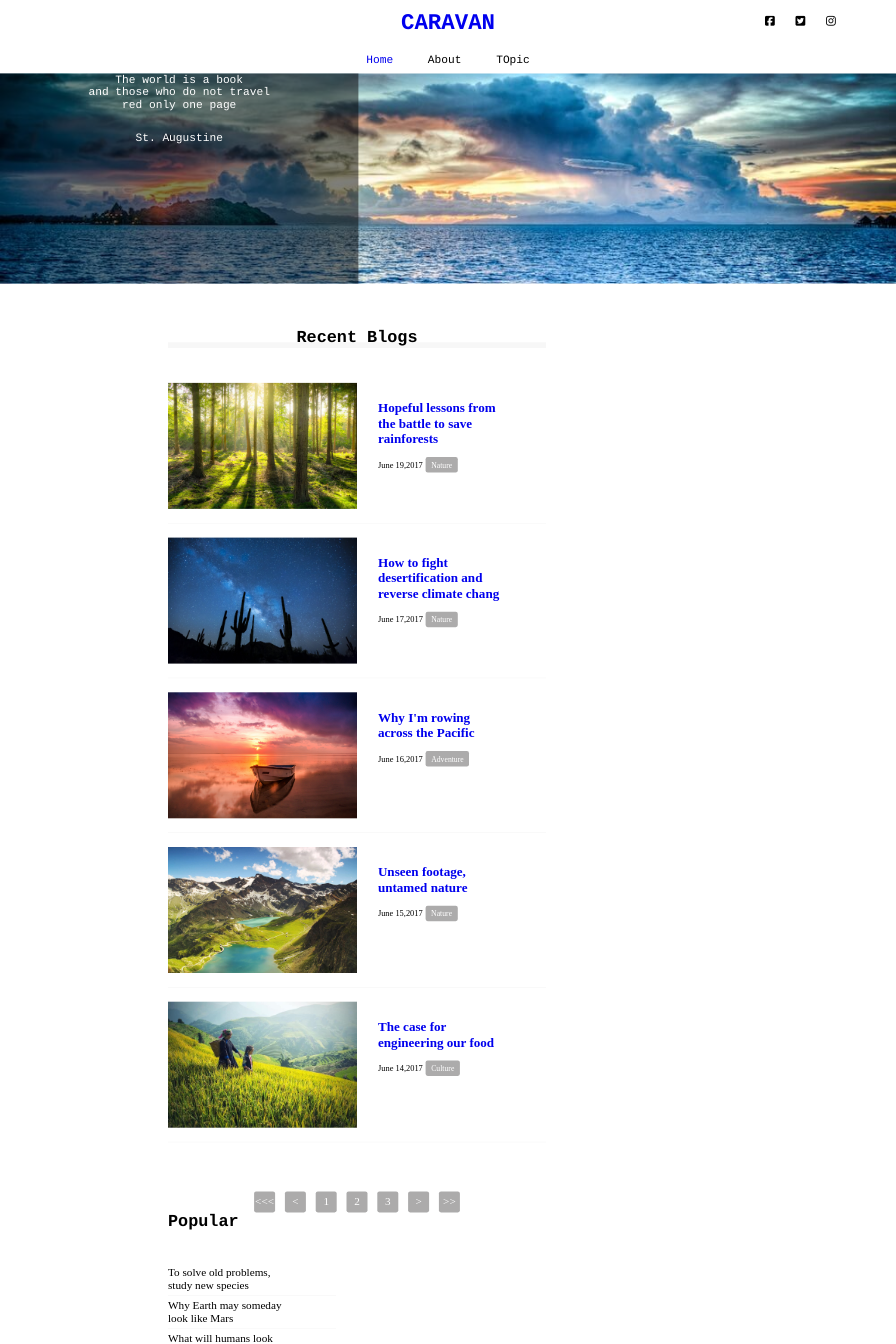
Repository: wakasugisatoi/git
Page: caravan/index2.html
The author's editor kept a record of every edit. The page is drawn from the files as they stood at one moment, then again after the next edit.
The browser window is 1280 px wide. The pictures show the part of the page from y = 0 to 1920 px (the page is 3070 px tall before and 1922 px after), at 70% of full size.
Some web libraries are served in a nearby version.

Above is the page before.

### caravan/index2.html
<!DOCTYPE html>
<html lang="ja">
  <head>
    <meta charset="UTF-8" />
    <meta name="viewport" content="width=device-width,initial-scale=1.0">
    <!--フォントオーサムの読み込み-->
    <script src="https://kit.fontawesome.com/1a3f0d96a2.js" crossorigin="anonymous"></script>
    <!--cssファイルの読み込み-->
    <link rel="stylesheet" href="style2.css" />
    <title>CARAVAN</title>
  </head>

  <body>
    <!--ヘッダー用のdiv-->
    <!--<div class="header">-->
    <!--  <div class="header-top"></div>-->
    <!--  <div class="header-bottom"></div>-->
    <!--</div>-->
    <header>
      <h1 class="heading">
        <a href="index2.html"> CARAVAN</a>
      </h1>

      <div class="social">
        <i class="fab fa-facebook-square"></i>
        <i class="fab fa-twitter-square"></i>
        <i class="fab fa-instagram"></i>
      </div>
    </header>

    <!--navigation-->
    <nav>
      <!--箇条書きリスト-->
      <ul class="nav-list">
      <li class="nav-list-item">
        <a href="index2.thml">Home</a>
      </li>
      <li class="nav-list-item">About</li>
      <li class="nav-list-item">TOpic</li>
      </ul>
    </nav>

    <!--main-visual用のdiv-->
    <div class="main-visual">
      <!--main-visual内の枠づくり-->
      <div class="main-visual-content">
        <p class="main-visual-text">
          The world is a book<br/>
          and those who do not travel<br/>
          red only one page
        </p>
        <p class="main-visual-name">
          St. Augustine
        </p>
      </div>
    </div>

    <!--main用のdiv-->
    <div class="main">
      <div class="blog"></div>
      <div class="sidebar"></div>
    </div>
    <main>
      <section class="blog">
        <h2 class="blog-heading">Recent Blogs</h2>

        <div class="blog-box">

          <div class="blog-item">
           <img class="blog-image" src="img/img/forest.jpg">
           <section class="blog-text">
            <h3 class="blog-text-heading">
              <a href="single.html">
                Hopeful lessons from<br>
                the battle to save<br>
                rainforests
              </a>
             </h3>
            <p class="blog-date">June 19,2017</p>
            <span class="category">Nature</span>
           </section>
          </div>

          <div class="blog-item">
           <img class="blog-image" src="img/img/desert.jpg">
           <section class="blog-text">
            <h3 class="blog-text-heading">
              <a href="single.html">
                How to fight<br>
                desertification and<br>
                reverse climate chang
              </a>
            </h3>
            <p class="blog-date">June 17,2017</p>
            <span class="category">Nature</span>
           </section>
          </div>

          <div class="blog-item">
           <img class="blog-image" src="img/img/sunset.jpg">
           <section class="blog-text">
            <h3 class="blog-text-heading">
              <a href="single.html">
                Why I'm rowing<br>
                across the Pacific
              </a>
            </h3>
            <p class="blog-date">June 16,2017</p>
            <span class="category">Adventure</span>
          </section>
          </div>

          <div class="blog-item">
           <img class="blog-image" src="img/img/italy.jpg">
           <section class="blog-text">
            <h3 class="blog-text-heading">
              <a href="single.html">
                Unseen footage,<br>
                untamed nature<br>
              </a>
            </h3>
            <p class="blog-date">June 15,2017</p>
            <span class="category">Nature</span>
           </section>
          </div>


          <div class="blog-item">
           <img class="blog-image" src="img/img/asia.jpg">
           <section class="blog-text">
            <h3 class="blog-text-heading">
              <a href="single.html">
                The case for<br>
                engineering our food<br>
              </a>
             </h3>
            <p class="blog-date">June 14,2017</p>
            <span class="category">Culture</span>
           </section>
          </div>

        </div>


      <div class="pagination">
        <p><<<</p>
        <p><</p>
        <p>1</p>
        <p>2</p>
        <p>3</p>
        <p>></p>
        <p>>></p>
      </div>
     </section>

      <div class="sidebar">
       <section class="popular">
         <h2 class="popular-heading common heading">Popular</h2>
         <div class="sidebar-contents">
           <p class="popular-text">To solve old problems,<br>study new species</p>
           <p class="popular-text">Why Earth may someday<br>look like Mars</p>
           <p class="popular-text">What will humans look<br>like in 100 years?</p>
           <p class="popular-text">How to grow a forest<br>in your backyard</p>
           <p class="popular-text">How humans could evolve<br>to survive in space</p>
         </div>
       </section>

       <section class="instagram">
         <h2 class="instagram-heading common-heading">Instagram</h2>
         <div class="sidebar-contents">
           <div class="instagram-box"></div>
           <div class="instagram-box"></div>
           <div class="instagram-box"></div>
           <div class="instagram-box"></div>
           <div class="instagram-box"></div>
           <div class="instagram-box"></div>
         </div>
       </section>

       <section class="categories">
         <h2 class="categories-heading common-heading">Categories</h2>
         <div class="sidebar-contents">
           <p class="categories-text">Technology(15)</p>
           <p class="categories-text">Business(23)</p>
           <p class="categories-text">Entertainment(12)</p>
           <p class="categories-text">Nature(32)</p>
           <p class="categories-text">Education(9)</p>
           <p class="categories-text">Adoventuere(23)</p>
           <p class="categories-text">Communication(14)</p>
         </div>
       </section>
     </div>
    </main>

    <!--footer用のdiv-->
    <!--<div class="footer"></div>-->
    <footer>
      <p class="footer-text">©All rights reserved by Infratop.Inc.</p>

    </footer>

  </body>
</html>

### caravan/style2.css
*{
  margin: 0;
  padding: 0;
  box-sizing:border-box;
}

a{
  text-decoration: none;
}

header,nav,h2,.main-visual,footer{
  font-family: Chalkduster,"Bradley Hand",Courier,"Segoe Print",sans-serif;
}

header{
  width: 90%;
  padding: 15px 0;
  margin: 0 auto;
  text-align: center;
  position: relative;
  /*background-color: red;*/
}

.social i{
  margin-left:20px;
  display: inline-block;
}

.social{
  position: absolute;
  top: 22px;
  right: 22px;
}
header .heading{
  font-size:32px;
}

.nav-list{
  text-align: center;
  padding:10px 0;
  margin:0 auto;
}

.nav-list-item{
  list-style:none;
  display: inline-block;
  margin: 0 20px;
}

.header-top{
  width: 100%;
  height: 70px;
  /*background-color: hotpink;*/
}

.header-bottom{
  width: 100%;
  height: 50px;
  /*background-color: pink;*/
}

.main-visual{
  width: 100%;
  height: 300px;
  background-image: url(img/img/mv.jpg);
  background-size: cover;
  background-position: center;
  /*background-color: orange;*/
}

.main-visual-content{
  width: 40%;
  height: 300px;
  background-color: rgba(0,0,0,0.5);
  text-align: center;
  /*padding-top: 105px;*/
  /*background-color: gold;*/
}

.main-visual-text{
  color:#fff;
}

.main-visual-name{
  margin-top:30px;
  color:#fff;
}

main{
  width: 800px;
  /*flex挿入のため削除*/
  /*height: 1400px;*/
  /*background-color: green;*/
  display: block;
  justify-content:center;
  margin: 0 auto;
  padding: 70px 0;
}

.blog{
  width: 540px;
  /*height: 1400px;*/
  /*background-color: limegreen;*/
  margin-right: 30px;
}

.blog-heading{
  border-bottom: 8px solid #f7f7f7;
  text-align: center;
  line-height: 0.6;
}

.blog-box{
  padding-top: 50px;
}

.blog-item{
  padding-bottom: 20px;
  margin-bottom: 20px;
  border-bottom: 1px solid #f7f7f7;
  display: flex;
  /*justify-content:flax-start;*/
}

.blog-image{
  height:180px;
}

.blog-text{
  padding: 25px 0 0 30px;
}

.blog-text-heading{
  padding-bottom: 15px;
}

.blog-date{
  font-size:12px;
  display:inline-block;
}
.category{
  display: inline-block;
  padding: 5px 8px;
  background-color: #acabab;
  border-radius: 3px;
  color: #fff;
  font-size: 11px;
}

.pagination{
  text-align: center;
  padding-top: 50px;
}

.pagination p{
  display: inline-block;
  width: 30px;
  height: 30px;
  margin:0 5px;
  color:#fff;
  background-color: #acabab;
  border-radius: 3px;
  line-height:30px;
}

.sidebar{
  width: 240px;
  /*height: 1400px;*/
  /*background-color: palegreen;*/
}

.common-heading{
  border-bottom: 8px solid #f7f7f7;
  text-align: center;
  line-height:0.6;
}

.sidebar-contents{
  padding: 50px 0;
}

.popular-text,
.categories-text{
  padding-bottom: 5px;
  border-bottom: 1px solid #f7f7f7;
  margin-bottom: 5px;
}
.popular-text:last-child,
.categories-text:last-child{
  margin: 0;
  padding: 0;
  border:none;
}

.instagram .sidebar-contents{
  display: flex;
  flex-wrap: wrap;
}

.instagram-box{
  width: 110px;
  padding-top: 110px;
  background-size: cover;
  background-position: center;
  margin-bottom: 10px;
}
.instagram-box:nth-child(odd){
  margin:0 10px 10px 0;
}

.instagram-box:nth-child(1){
  background-image: url(img/img/airport.jpg);
}

.instagram-box:nth-child(2){
  background-image: url(img/img/japan.jpg);
}

.instagram-box:nth-child(3){
  background-image: url(img/img/snow.jpg);
}

.instagram-box:nth-child(4){
  background-image: url(img/img/japan2.jpg);
}

.instagram-box:nth-child(5){
  background-image: url(img/img/lake.jpg);
}

.instagram-box:nth-child(6){
  background-image: url(img/img/road.jpg);
}

footer{
  width: 100%;
  height: 120px;
  text-align: center;
  line-height: 120px;
  background-color: #848282;
}

.footer-text{
  color: #fff;
}

/*すべての画面サイズで適用される*/
.social i{
  color:black;
}
 /*タブレット横置きサイズ*/
 /*@media screen and (max-width:1024px){*/
 /*  .social i{*/
 /*    color: green;*/
 /*  }*/
 /*}*/

 /*タブレット縦置きサイズ*/
 /*@media screen and (max-width:768px){*/
 /*  .social i{*/
 /*    color: red;*/
 /*  }*/
 /*}*/

 /*スマホサイズ*/
@media screen and (max-width:425px){
  header{
    width: 100%;
  }

  .social{
    display: none;
  }

  .nav-list{
    width: 100%;
  }

  .nav-list-item{
    width: 100%;
    margin:0 0 10px 0;
  }



  .main-visual-content{
    width: 100%;
  }

  .main{
    width: 100%;
    display: black;
  }

  .blog{
    width: 100%;
    margin: 0;
  }

  .blog-box{
    padding-left: 2%;
    padding-right: 2%;
  }

  .blog-image{
    width: 49%;
  }

  .blog-text {
    width: 49%;
    padding-top: 5px;
  }

  .sidebar{
    width: 100%;
  }

  .sidebar-contents{
    padding-left: 3%;
    padding-right: 3%;
  }
  .instagram-box{
    width: 48%;
    padding-top: 48%;
  }

  .instagram-box:nth-child(odd){
    margin-right: 4%;
  }


  .pagination{
    width: 50%;
  }
}

After the next edit:
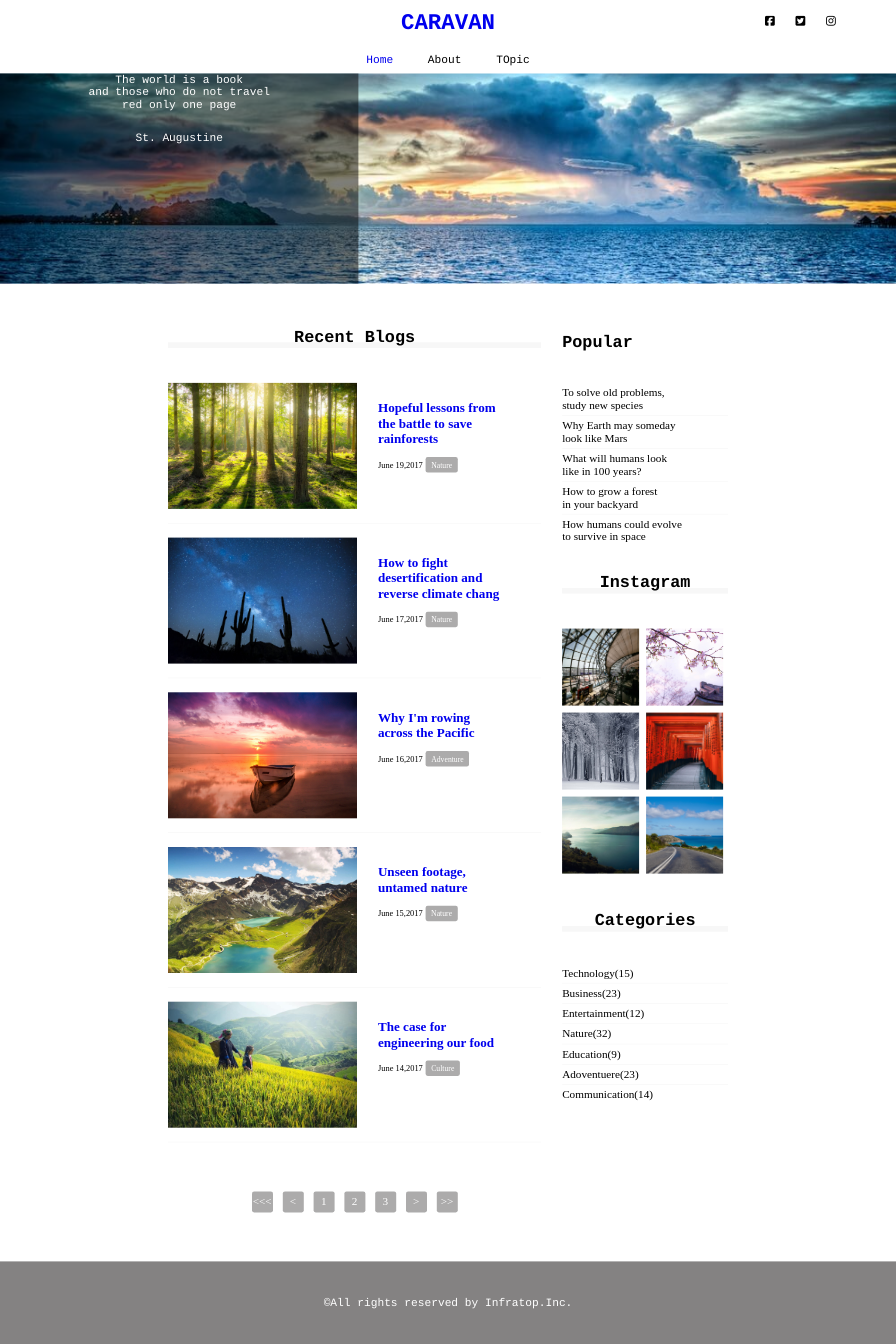
The edit:
--- a/caravan/style2.css
+++ b/caravan/style2.css
@@ -91,7 +91,7 @@
   /*flex挿入のため削除*/
   /*height: 1400px;*/
   /*background-color: green;*/
-  display: block;
+  display: flex;
   justify-content:center;
   margin: 0 auto;
   padding: 70px 0;
